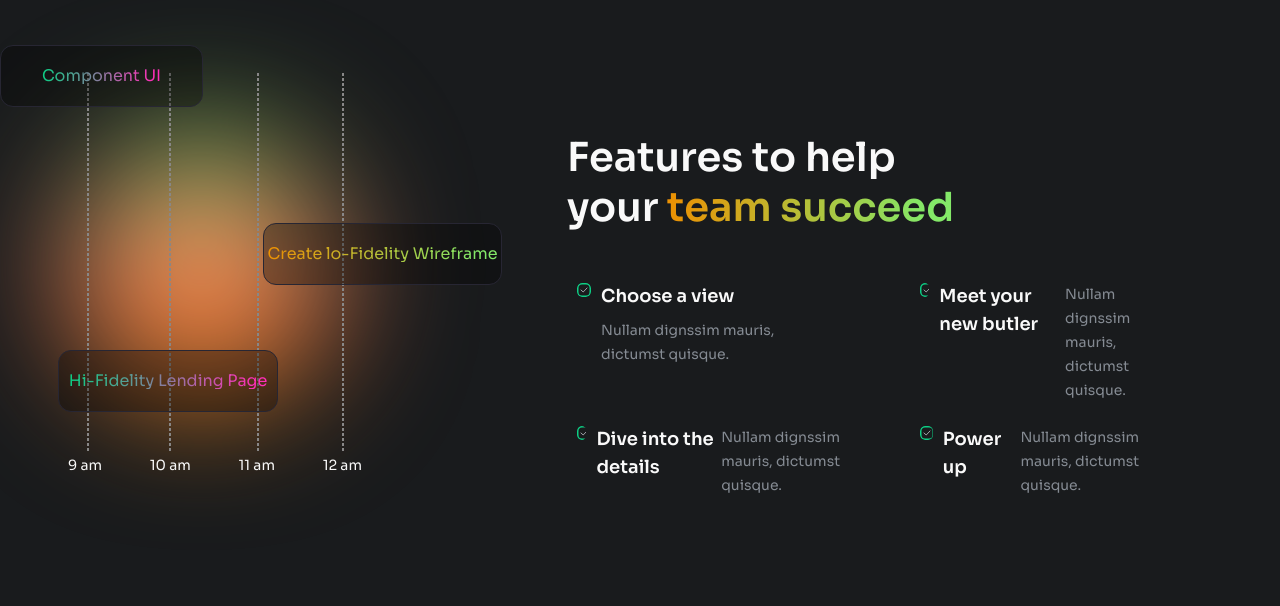
Repository: anhthiethumg/Task_Managerment_Website
Page: index.html
An editor plug-in stored every save of this project. The page is shown before and after a run of saves, followed by the edit.
The browser window is 1280 px wide. The pictures show the part of the page from y = 2400 to 3006 px (the page is 3006 px tall before and 2970 px after).
A picture or video elsewhere on the page could not be fetched, so the positions and the page height are approximate.

Above is the page before, as saved 2023-07-31 09:16:19.

### index.html
<!DOCTYPE html>
<html lang="en">
  <head>
    <meta charset="UTF-8" />
    <meta name="viewport" content="width=device-width, initial-scale=1.0" />
    <title>Task Managerment Website</title>
    <!-- Reset Css -->
    <link rel="stylesheet" href="./assets/css/reset.css" />

    <!-- CSS -->
    <link rel="stylesheet" href="./assets/css/styles.css" />

    <!-- Embed Font-->

    <link rel="preconnect" href="https://fonts.googleapis.com" />
    <link rel="preconnect" href="https://fonts.gstatic.com" crossorigin />
    <link
      href="https://fonts.googleapis.com/css2?family=Sora:wght@400;600;700;800&display=swap"
      rel="stylesheet"
    />
  </head>
  <body>
    <!-- Header -->
    <section class="header">
      <div class="container">
        <navbar class="row nav">
          <img src="./assets/image/logo.svg" alt="Task." />
          <div class="nav-list">
            <a class="nav-item" href="#!">Home</a>
            <a class="nav-item" href="#!">Products</a>
            <a class="nav-item" href="#!">Guidlines</a>
            <a class="nav-item" href="#!">Guidlines</a>
          </div>
          <button class="btn nav-btn">Sign In</button>
        </navbar>
        <section class="hero">
          <div class="row hero__content">
            <div class="stacked-circles">
              <div class="circles"></div>
              <div class="circles"></div>
              <div class="circles"></div>
              <div class="circles"></div>
            </div>
            <div class="hero--content__heading">
              <h1 class="hero__heading">
                Make <span class="heading__liner">Management</span> Way More
                Easier Than Ever
              </h1>
              <p class="hero__desc section-desc">
                The online collaborative management platform to bring more
                efficiency and performace
              </p>
              <div class="hero-btn row">
                <button type="button" class="btn hero__btn">
                  Request Demo
                </button>
                <button type="button" class="btn hero__btn">Contact Us</button>
              </div>
            </div>
            <div class="stacked-circles">
              <div class="circles"></div>
              <div class="circles"></div>
              <div class="circles"></div>
              <div class="circles"></div>
            </div>
          </div>
          <section class="task-manager row">
            <sidebar class="sidebar">
              <div class="row sidebar__header">
                <img
                  src="./assets/icons/icon-sidebar.svg"
                  alt="icon-sidebar"
                  class="icon__sidebar"
                />
                <img
                  src="./assets/icons/dashboard-icon.svg"
                  alt="dashboard-icon"
                  class="dashboard-icon"
                />
                <h4 class="sidebar__heading">Dashboard</h4>
              </div>
              <div class="sidebar__list">
                <h4 class="sidebar__list--heading">Collections</h4>
                <div class="sidebar__list--item">
                  <h5 class="sidebar__item--content">School</h5>
                </div>
                <div class="sidebar__list--item">
                  <h5 class="sidebar__item--content">Personal</h5>
                </div>
              </div>
            </sidebar>
            <section class="task-manager__section">
              <div class="task__header row">
                <img src="./assets/icons/school.png" alt="Back" class="back" />
                <img
                  src="./assets/icons/contact us icon.png"
                  alt="Contact"
                  class="contact-us"
                />
              </div>
              <div class="task__content row">
                <div class="list--work">
                  <div class="list-sort">Sort</div>
                  <div class="work--item">Finish the Easay collaboration</div>
                  <div class="work--item">Do the math for next monday</div>
                  <div class="work--item">
                    Read the next chapter of the book
                  </div>
                  <div class="work--item">
                    Send the collabaration files to jerusha
                  </div>
                  <div class="work--item">
                    Finish the powerpoint presentation
                  </div>
                  <div class="work--item">Add task</div>
                </div>
                <div class="daily-task">
                  <div class="dailytask__heading">Daily task.</div>
                  <img
                    class="dailytask__img"
                    src="./assets/image/Rectangle 50.png"
                    alt="Daily task"
                  />
                </div>
              </div>
              <div class="card">
                <div class="card__heading">Collections</div>
                <div class="card__list">
                  <div class="card__item">
                    <div class="card__item--icon"></div>
                    <div class="card__item--content">
                      <h4 class="card__item--title">School</h4>
                      <p class="card__item--desc">4 task plus tomorrow.</p>
                    </div>
                  </div>
                  <div class="card__item">
                    <div class="card__item--icon"></div>
                    <div class="card__item--content">
                      <h4 class="card__item--title">Personal</h4>
                      <p class="card__item--desc">1 task plus today.</p>
                    </div>
                  </div>
                  <div class="card__item">
                    <div class="card__item--icon"></div>
                    <div class="card__item--content">
                      <h4 class="card__item--title">Design</h4>
                      <p class="card__item--desc">3 task plus rewt week.</p>
                    </div>
                  </div>
                </div>
              </div>
            </section>
          </section>
        </section>
      </div>
    </section>

    <!-- Main -->
    <main class="main">
      <div class="container">
        <!-- Services -->
        <section class="services">
          <div class="services__icon--list">
            <div class="services__icon--bg">
              <img
                src="./assets/icons/report.png"
                alt="Report"
                class="services__icon"
              />
            </div>
            <img src="./assets/icons/dash line-1.svg" alt="dash-line" />
            <div class="services__icon--bg">
              <img
                src="./assets/icons/server.png"
                alt="Server"
                class="services__icon"
              />
            </div>

            <img src="./assets/icons/dash line-1.svg" alt="dash-line" />
            <div class="services__icon--bg">
              <img
                src="./assets/icons/support.png"
                alt="Support"
                class="services__icon"
              />
            </div>
          </div>
          <div class="services__list row">
            <div class="services__items">
              <h3 class="services__heading">Structured Reports</h3>
              <p class="services__desc">
                Sed rhoncus sit sed tellus donec lorem lectus nunc, ornare
              </p>
            </div>
            <div class="services__items">
              <h3 class="services__heading">Cloud System</h3>
              <p class="services__desc">
                Sed rhoncus sit sed tellus donec lorem lectus nunc, ornare
              </p>
            </div>
            <div class="services__items">
              <h3 class="services__heading">24/7 Support</h3>
              <p class="services__desc">
                Sed rhoncus sit sed tellus donec lorem lectus nunc, ornare
              </p>
            </div>
          </div>
        </section>

        <!-- Static -->

        <section class="static row">
          <section class="static__content">
            <h2 class="static__heading section__heading">
              Okay, <span class="heading__liner">Let’s</span> see D’task in
              numbers
            </h2>
            <p class="static__desc section__desc">
              Powering a productive team means using a powerful tool (and plenty
              of snacks). From meetings and projects to events and goal setting,
              D'taak intuitive features give any team the ability to quickly set
              up and customize workflows for just about anything
            </p>
            <div class="static__dot row">
              <div class="dot"></div>
              <div class="dot"></div>
              <div class="dot"></div>
            </div>
            <div class="static__list row">
              <div class="static__item">
                <div class="static--item__number">12M</div>
                <div class="static--item__title">Support</div>
              </div>
              <div class="static__item">
                <div class="static--item__number">16</div>
                <div class="static--item__title">Active User</div>
              </div>
              <div class="static__item">
                <div class="static--item__number">7/24</div>
                <div class="static--item__title">Languages</div>
              </div>
            </div>
          </section>
          <div class="static__media">
            <img
              class="static--media__bg"
              src="./assets/image/static_background.svg"
              alt="background"
            />
            <div class="dash-shape"></div>
            <div class="dash-shape"></div>
            <div class="dash-shape"></div>
            <div class="dash-shape"></div>
            <!-- <div class="static--media__item row">
              <h3 class="static--media__title ">
                <span class="heading__liner">Online Support</span>
              </h3>
              <img class="static--media__icons" src = "./assets/icons/video-button.svg"/>
            </div>
            <div class="static--media__item row">
              <h3 class="static--media__title ">
                <span class="heading__liner">Exercitation</span>
              </h3>
              <img class="static--media__icons" src = "./assets/icons/Exercitation-icon.svg"/>
            </div>
            <div class="static--media__item row">
              <h3 class="static--media__title ">
                <span class="heading__liner">D’ task</span>
              </h3>
              <img class="static--media__icons" src = "./assets/icons/video-button.svg"/>
            </div>
            <div class="static--media__item row">
              <h3 class="static--media__title ">
                <span class="heading__liner">Design</span>
              </h3>
              <img class="static--media__icons" src = "./assets/icons/video-button.svg"/>
            </div> -->
          </div>
        </section>
      </div>
      <!-- Features -->
      <section class="features">
        <div class="container row">
          <div class="feature__meida">
            <div class="shape--blur"></div>
            <div class="block--line">
              <div class="dash--line">
                <div class="line"></div>
                <div class="dash-line__content">9 am</div>
              </div>
              <div class="dash--line">
                <div class="line"></div>
                <div class="dash-line__content">10 am</div>
              </div>
              <div class="dash--line">
                <div class="line"></div>
                <div class="dash-line__content">11 am</div>
              </div>
              <div class="dash--line">
                <div class="line"></div>
                <div class="dash-line__content">12 am</div>
              </div>
            </div>
            <div class="feature--btn">
              <div class="feature__btn btn">
                <span class="heading__liner"> Component UI </span>
              </div>
              <div class="feature__btn btn">
                <span class="heading__liner">
                  Create lo-Fidelity Wireframe
                </span>
              </div>
              <div class="feature__btn btn">
                <span class="heading__liner"> Hi-Fidelity Lending Page </span>
              </div>
            </div>
          </div>
          <div class="feature__content">
            <h2 class="section__heading feature__heading">
              Features to help your
              <span class="heading__liner"> team succeed </span>
            </h2>
            <div class="feature__list">
              <div class="feature__item">
                <div class="feature--item__content">
                  <h3 class="feature--item__title">Choose a view</h3>
                  <p class="feature__desc">
                    Nullam dignssim mauris, dictumst quisque.
                  </p>
                </div>
              </div>
              <div class="feature__item">
                <h3 class="feature--item__title">Meet your new butler</h3>
                <p class="feature__desc">
                  Nullam dignssim mauris, dictumst quisque.
                </p>
              </div>
              <div class="feature__item">
                <h3 class="feature--item__title">Dive into the details</h3>
                <p class="feature__desc">
                  Nullam dignssim mauris, dictumst quisque.
                </p>
              </div>
              <div class="feature__item">
                <h3 class="feature--item__title">Power up</h3>
                <p class="feature__desc">
                  Nullam dignssim mauris, dictumst quisque.
                </p>
              </div>
            </div>
          </div>
        </div>
      </section>
    </main>
  </body>
</html>

Loaded but not shown: assets/css/reset.css (common file); assets/css/styles.css (750 lines, source omitted)

After the next 7 saves:
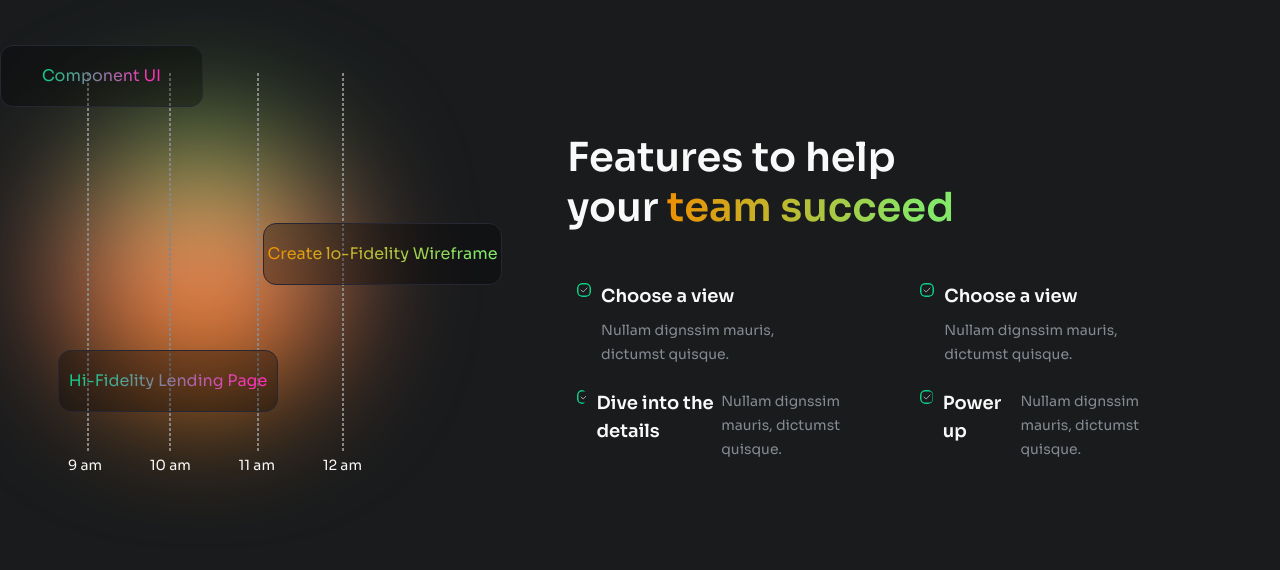
The 7 saves are shown as one change because they came seconds apart.
The last was saved 17 s later.
--- a/index.html
+++ b/index.html
@@ -331,10 +331,12 @@
                 </div>
               </div>
               <div class="feature__item">
-                <h3 class="feature--item__title">Meet your new butler</h3>
-                <p class="feature__desc">
-                  Nullam dignssim mauris, dictumst quisque.
-                </p>
+                <div class="feature--item__content">
+                  <h3 class="feature--item__title">Choose a view</h3>
+                  <p class="feature__desc">
+                    Nullam dignssim mauris, dictumst quisque.
+                  </p>
+                </div>
               </div>
               <div class="feature__item">
                 <h3 class="feature--item__title">Dive into the details</h3>
